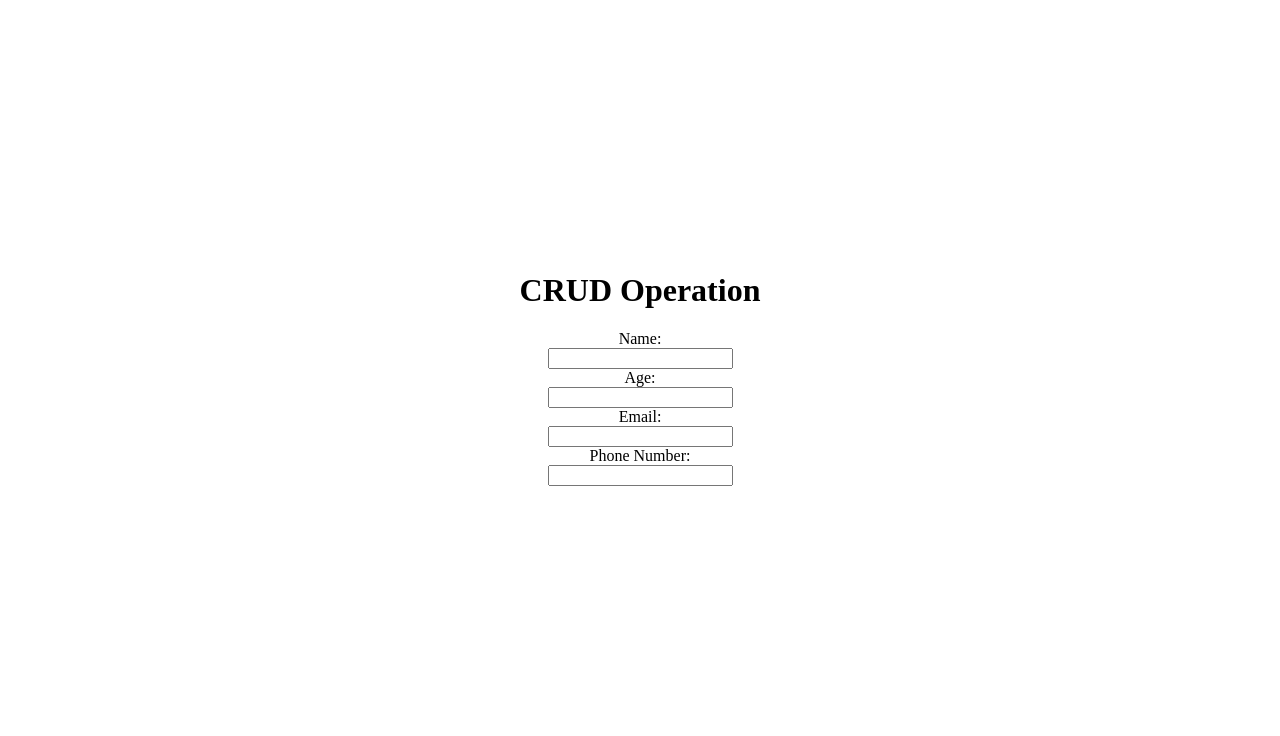
Repository: Josephkennedy603/CRUD-Operation
Page: /
An editor plug-in stored every save of this project. The page is shown before and after the next save, followed by the edit.
The browser window is 1280 px wide. The pictures show the whole page.
The project was rebuilt for these pictures with package versions that can differ from the ones it lists, and the page was loaded fresh each time. Also part of the build but not shown: src/index.css.

Above is the page before, as saved 2024-03-02 20:29:50.

After the next save:
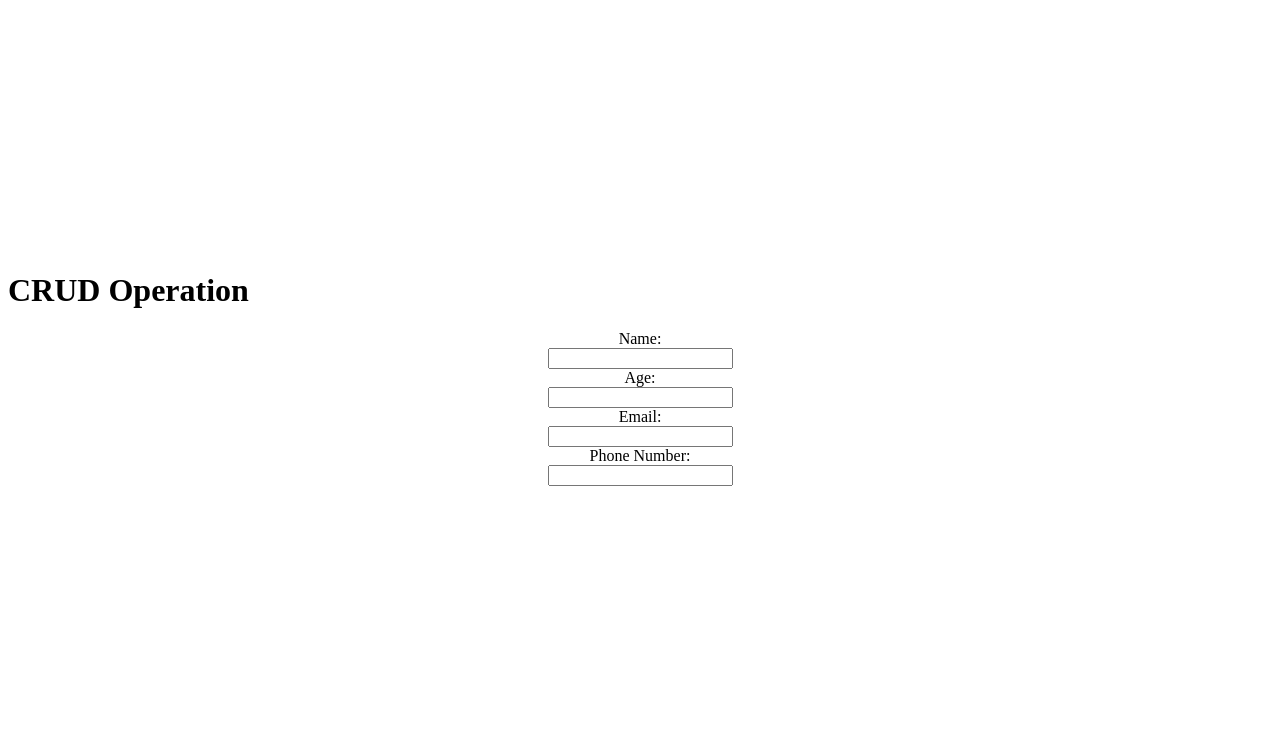
Saved 16 s later.
--- a/src/App.css
+++ b/src/App.css
@@ -2,7 +2,7 @@
   display: flex;
   flex-direction: column;
   justify-content: center;
-  align-items: center;
+  align-items: ;
 
   height: 100vh;
 }
